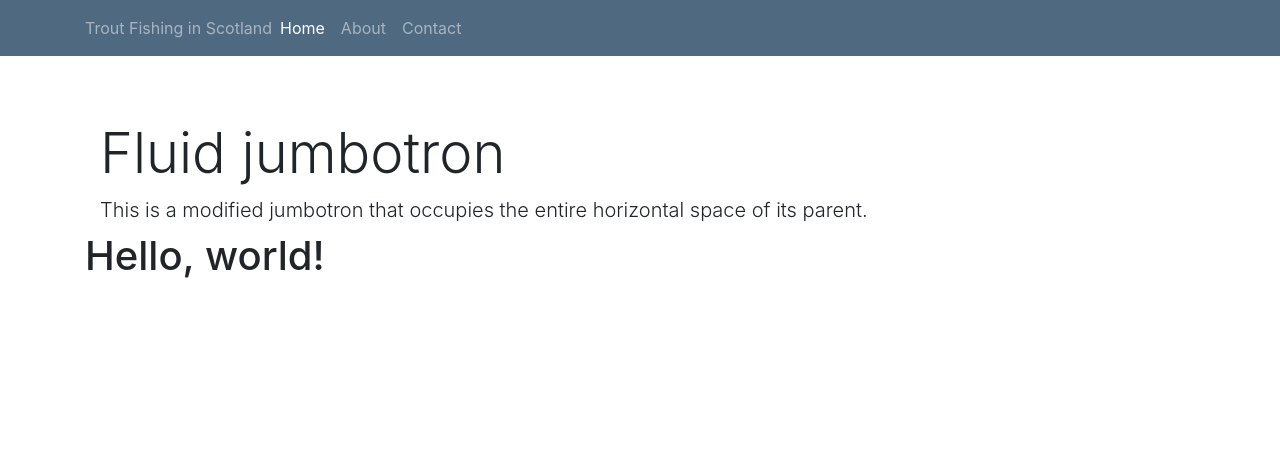
Repository: adrian9211/College_project
Page: index.html
These files come from the project's save history. The page is drawn as it stood at one moment and after the next save; the edit follows.
The browser window is 1280 px wide. The pictures show the whole page.

Above is the page before, as saved 2020-10-28 13:35:18.

After the next save:
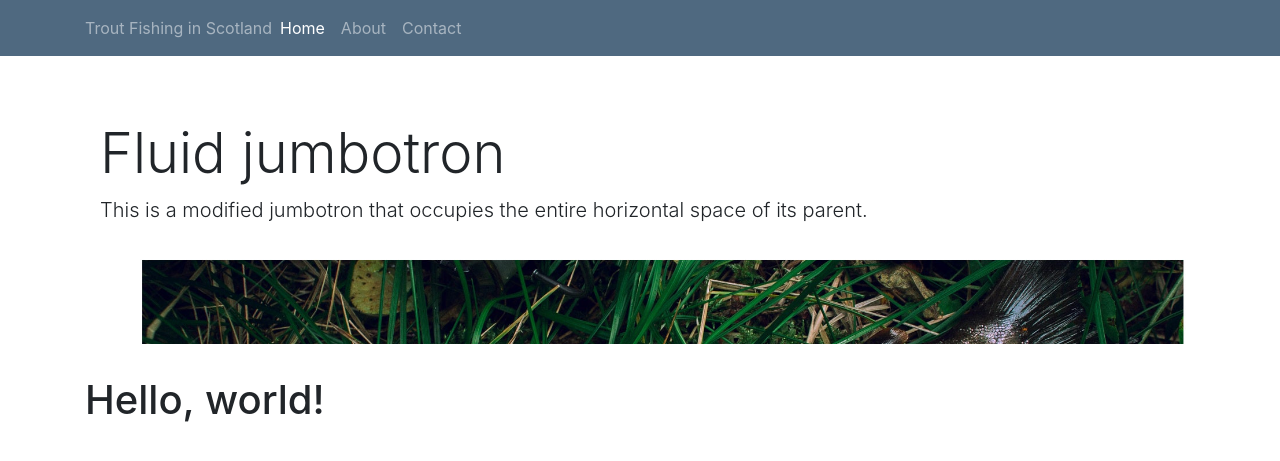
Saved 18 s later.
--- a/css/style.css
+++ b/css/style.css
@@ -1,5 +1,5 @@
 .jumbotron {
     background-image: url("../img/trout_jumbotron.jpg");
     background-size: cover;
-    height: 20vh;
+    height: 40vh;
 }
